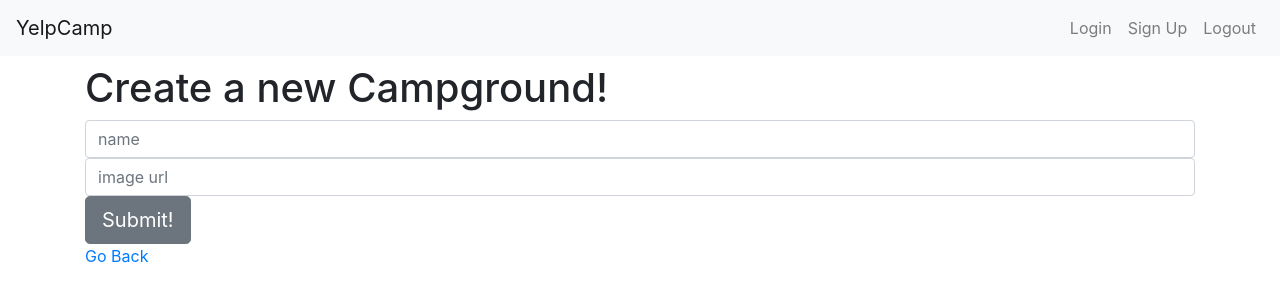
Repository: bosicheng/yelpcamp-project
Page: http://localhost/campgrounds/new
The author's editor kept a record of every edit. The page is drawn from the files as they stood at one moment, then again after the next edit.
The browser window is 1280 px wide. The pictures show the whole page.
Some web libraries are served in a nearby version. The page is served by the project's Node server (YelpCamp/v1/app.js).

Above is the page before.
Console error (its wording comes from the project's code and is left out).

After the next edit:
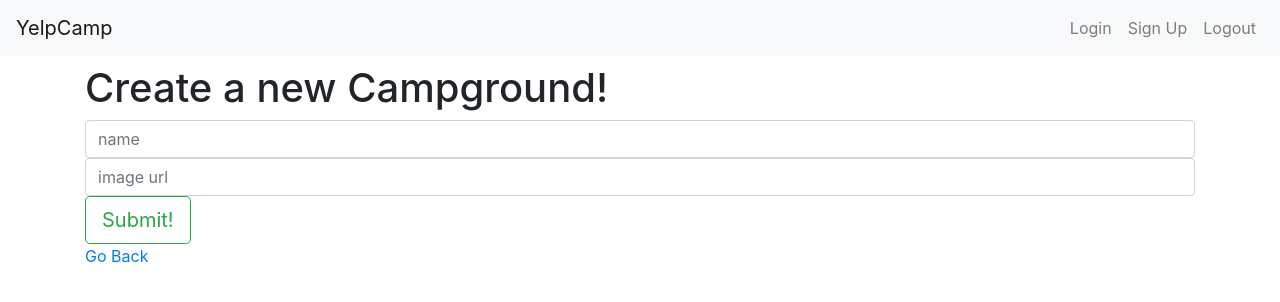
The edit:
--- a/YelpCamp/v1/views/new.ejs
+++ b/YelpCamp/v1/views/new.ejs
@@ -7,7 +7,7 @@
         <!--这里的name会变成req.body下的属性-->
         <input class='form-control' type='text' name='name' placeholder='name'>
         <input class='form-control' tytpe='text' name='image' placeholder='image url'>
-        <button class='btn btn-lg btn-secondary'>Submit!</button>
+        <button class="btn btn-lg btn-outline-success">Submit!</button>
     </form>
 
     <a href='/campgrounds'>Go Back</a>
